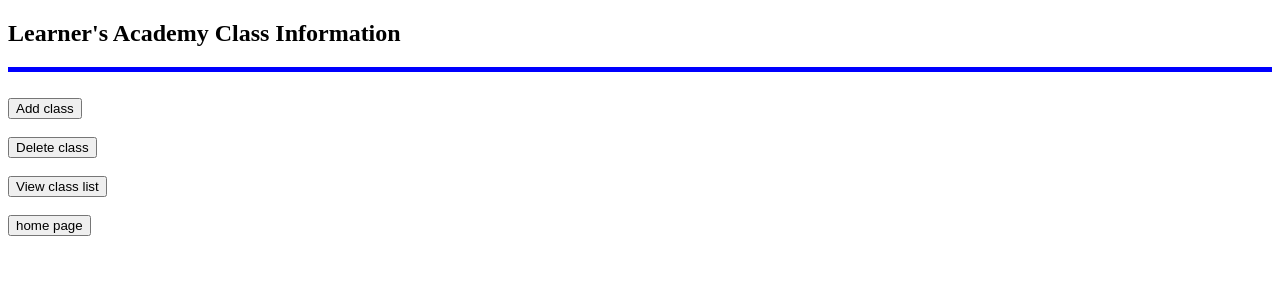
Repository: anithagnana123/Simplilearn_Phase2_project
Page: phase2-project/src/main/webapp/classsub.html
An editor plug-in stored every save of this project. The page is shown before and after the next save, followed by the edit.
The browser window is 1280 px wide. The pictures show the whole page.

Above is the page before, as saved 2022-10-22 08:08:24.

### phase2-project/src/main/webapp/classsub.html
<!DOCTYPE html>
<html>
<head>
<meta charset="ISO-8859-1">
<title>learners-academy-class-info</title>
</head>
<body>
<h2>Learner's Academy Class Information</h2>
<hr color="blue" size ="5"/>

<form method="get" action="/phase2-project/addclass">
    <br> <input type='submit' value='Add class'/>
</form>

<form method="get" action="/phase2-project/deleteclass">
    <br> <input type='submit' value='Delete class'/>
</form>

<form method="get" action="/phase2-project/viewclass.jsp">
    <br> <input type='submit' value='View class list'/>
    <br> <input type='hidden' name='operation' value='viewclass'/>
</form>

<form method="get" action="/phase2-project/welcome">
    <br> <input type='submit' value='home page'/>
</form>

</body>
</html>

After the next save:
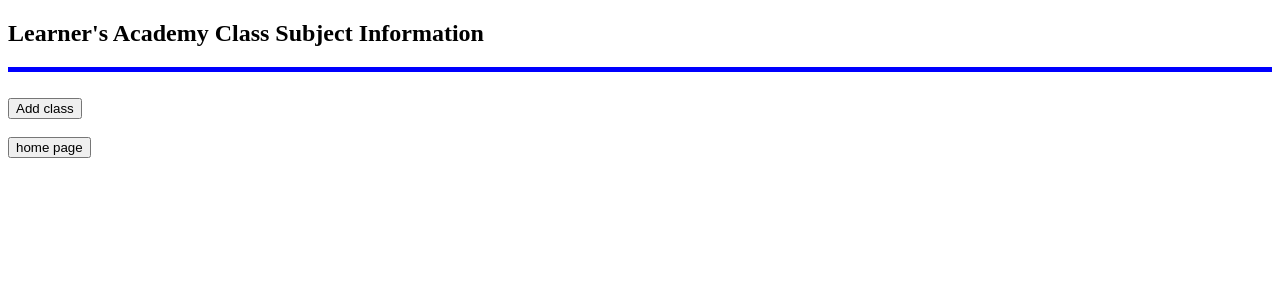
Saved 4 min 41 s later.
--- a/phase2-project/src/main/webapp/classsub.html
+++ b/phase2-project/src/main/webapp/classsub.html
@@ -2,23 +2,14 @@
 <html>
 <head>
 <meta charset="ISO-8859-1">
-<title>learners-academy-class-info</title>
+<title>learners-academy-class-sub-info</title>
 </head>
 <body>
-<h2>Learner's Academy Class Information</h2>
+<h2>Learner's Academy Class Subject Information</h2>
 <hr color="blue" size ="5"/>
 
 <form method="get" action="/phase2-project/addclass">
     <br> <input type='submit' value='Add class'/>
-</form>
-
-<form method="get" action="/phase2-project/deleteclass">
-    <br> <input type='submit' value='Delete class'/>
-</form>
-
-<form method="get" action="/phase2-project/viewclass.jsp">
-    <br> <input type='submit' value='View class list'/>
-    <br> <input type='hidden' name='operation' value='viewclass'/>
 </form>
 
 <form method="get" action="/phase2-project/welcome">
